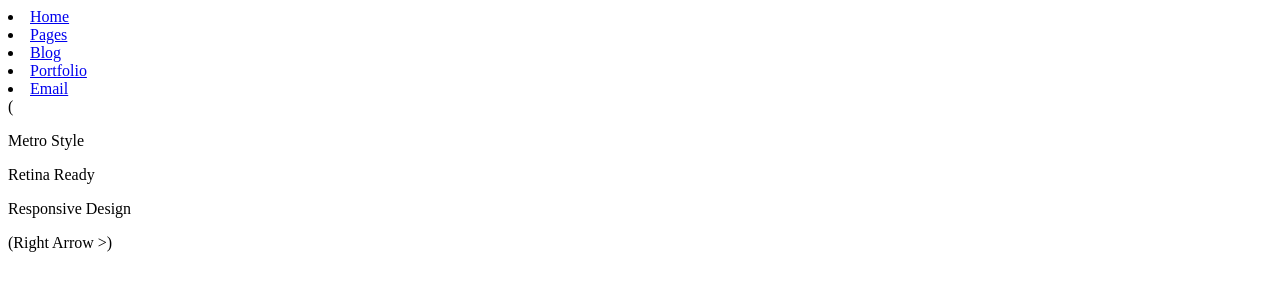
Repository: VernaMak/MDIA2003C-Project-1
Page: index.html
These files come from the project's save history. The page is drawn as it stood at one moment and after the next save; the edit follows.
The browser window is 1280 px wide. The pictures show the whole page.

Above is the page before, as saved 2022-01-25 21:05:00.

After the next save:
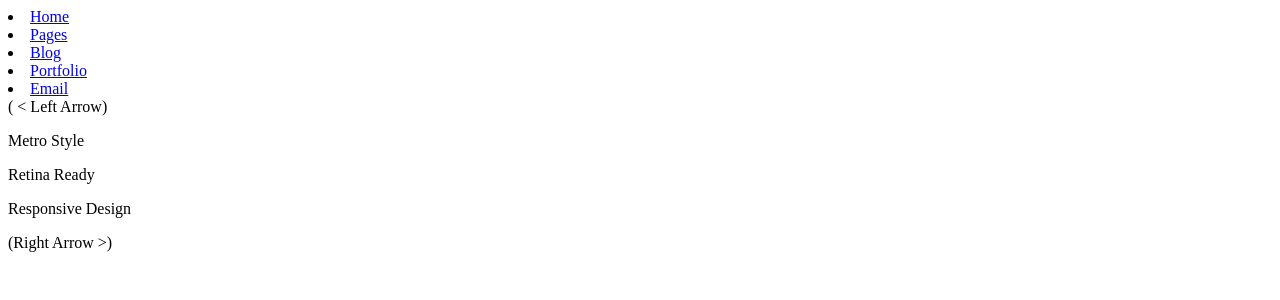
Saved 20 s later.
--- a/index.html
+++ b/index.html
@@ -17,7 +17,7 @@
     </header>
 
     <div class="banner">
-        <div class="arrow-left">(<Left Arrow)</div>
+        <div class="arrow-left">( < Left Arrow)</div>
 
         <div class="bannerbox">
             <div class="bannerbox-blue">
